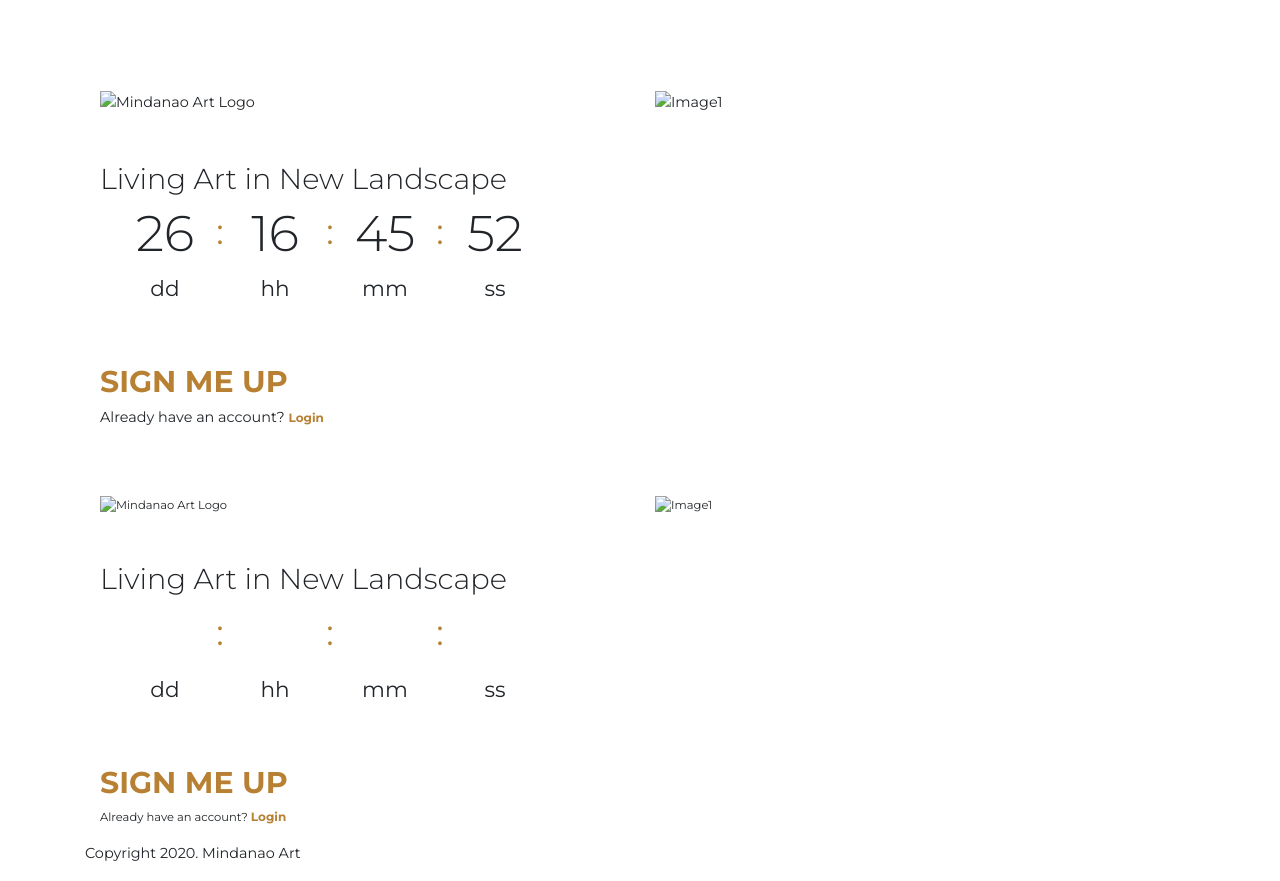
Repository: KleKlai/project-exodus
Page: http://localhost/
These files come from the project's save history. The page is drawn as it stood at one moment and after the next save; the edit follows.
The browser window is 1280 px wide. The pictures show the whole page.
The page is served by the project's Laravel application, run on PHP 8.4 with Laravel 8. Other server files are loaded and not shown.

Above is the page before, as saved 2020-10-02 19:24:30.

### app/Model/Art.php
<?php

namespace App\Model;

use Spatie\Activitylog\Traits\LogsActivity;
use Illuminate\Database\Eloquent\SoftDeletes;
use Illuminate\Database\Eloquent\Model;
use Webpatser\Uuid\Uuid;
use Auth;


class Art extends Model
{
    use SoftDeletes, LogsActivity;

    protected $guarded = [
        'uuid', 'id', 'created_at', 'updated_at'
    ];

    /**
     * For Activity Log settings
     *
     */
    protected static $logName = 'Art';
    protected static $logUnguarded = true;
    protected static $submitEmptyLogs = false;
    protected static $recordEvents = ['created', 'updated', 'deleted'];

    public function getDescriptionForEvent(string $eventName): string
    {
        return Auth::user()->name . " {$eventName} art successfully";
    }


    public static function boot()
    {
        parent::boot();
        self::creating(function ($model) {
            $model->uuid = (string) Uuid::generate(4);
        });
    }

    /**
     * Get the route key for the model.
     *
     * @return string
     */
    public function getRouteKeyName()
    {
        return 'uuid';
    }

    protected $casts = [
        'tag' => 'array'
    ];

    public function user()
    {
        return $this->belongsTo('App\User');
    }

    public function watch()
    {
        return $this->hasMany('App\Model\Art\Watch');
    }
}

### app/Model/Art/Category.php
<?php

namespace App\Model\Art;

use Illuminate\Database\Eloquent\Model;
use Spatie\Activitylog\Traits\LogsActivity;

class Category extends Model
{
    use LogsActivity;

    protected $fillable = ['name', 'description'];

    /**
     * For Activity Log settings
     *
     */
    protected static $logName = 'System';
    protected static $logUnguarded = true;
    protected static $submitEmptyLogs = false;
    protected static $recordEvents = ['created', 'updated', 'deleted'];

    public function getDescriptionForEvent(string $eventName): string
    {
        return "Art category component {$eventName} successfully";
    }
}

### app/Model/Art/Material.php
<?php

namespace App\Model\Art;

use Illuminate\Database\Eloquent\Model;
use Spatie\Activitylog\Traits\LogsActivity;

class Material extends Model
{
    use LogsActivity;

    protected $fillable = ['name', 'description'];

    /**
     * For Activity Log settings
     *
     */
    protected static $logName = 'System';
    protected static $submitEmptyLogs = false;
    protected static $recordEvents = ['created', 'deleted'];

    public function getDescriptionForEvent(string $eventName): string
    {
        return "Art material component {$eventName} successfully";
    }
}

### app/Model/Art/Medium.php
<?php

namespace App\Model\Art;

use Illuminate\Database\Eloquent\Model;
use Spatie\Activitylog\Traits\LogsActivity;

class Medium extends Model
{
    use LogsActivity;

    protected $fillable = ['name', 'description'];

    /**
     * For Activity Log settings
     *
     */
    protected static $logName = 'System';
    protected static $submitEmptyLogs = false;
    protected static $recordEvents = ['created', 'deleted'];

    public function getDescriptionForEvent(string $eventName): string
    {
        return "Art medium component {$eventName} successfully";
    }
}

### app/Observers/Art/MediumObserver.php
<?php

namespace App\Observers\Art;

use App\Model\Art\Medium;
use Auth;

class MediumObserver
{
    /**
     * Handle the medium "created" event.
     *
     * @param  \App\Model\Art\Medium  $medium
     * @return void
     */
    public function created(Medium $medium)
    {
        activity('Art Component')
            ->causedBy(Auth::user()->id)
            ->withProperties(['name' => $medium->name])
            ->log('Art medium component created successfully.');
    }

    /**
     * Handle the medium "updated" event.
     *
     * @param  \App\Model\Art\Medium  $medium
     * @return void
     */
    public function updated(Medium $medium)
    {
        //
    }

    /**
     * Handle the medium "deleted" event.
     *
     * @param  \App\Model\Art\Medium  $medium
     * @return void
     */
    public function deleted(Medium $medium)
    {
        activity('Art Component')
            ->causedBy(Auth::user()->id)
            ->withProperties(['name' => $medium->name])
            ->log('Art medium component deleted successfully.');
    }

    /**
     * Handle the medium "restored" event.
     *
     * @param  \App\Model\Art\Medium  $medium
     * @return void
     */
    public function restored(Medium $medium)
    {
        //
    }

    /**
     * Handle the medium "force deleted" event.
     *
     * @param  \App\Model\Art\Medium  $medium
     * @return void
     */
    public function forceDeleted(Medium $medium)
    {
        //
    }
}

### app/Model/Art/Size.php
<?php

namespace App\Model\Art;

use Illuminate\Database\Eloquent\Model;
use Spatie\Activitylog\Traits\LogsActivity;

class Size extends Model
{
    use LogsActivity;

    protected $fillable = ['name', 'description'];

    /**
     * For Activity Log settings
     *
     */
    protected static $logName = 'System';
    protected static $submitEmptyLogs = false;
    protected static $recordEvents = ['created', 'deleted'];

    public function getDescriptionForEvent(string $eventName): string
    {
        return "Art size component {$eventName} successfully";
    }
}

### app/Observers/Art/SizeObserver.php
<?php

namespace App\Observers\Art;

use App\Model\Art\Size;
use Auth;

class SizeObserver
{
    /**
     * Handle the size "created" event.
     *
     * @param  \App\Model\Art\Size  $size
     * @return void
     */
    public function created(Size $size)
    {
        activity('Art Component')
            ->causedBy(Auth::user()->id)
            ->withProperties(['name' => $size->name])
            ->log('Art size component created successfully.');
    }

    /**
     * Handle the size "updated" event.
     *
     * @param  \App\Model\Art\Size  $size
     * @return void
     */
    public function updated(Size $size)
    {
        //
    }

    /**
     * Handle the size "deleted" event.
     *
     * @param  \App\Model\Art\Size  $size
     * @return void
     */
    public function deleted(Size $size)
    {
        activity('Art Component')
            ->causedBy(Auth::user()->id)
            ->withProperties(['name' => $size->name])
            ->log('Art size component deleted successfully.');
    }

    /**
     * Handle the size "restored" event.
     *
     * @param  \App\Model\Art\Size  $size
     * @return void
     */
    public function restored(Size $size)
    {
        //
    }

    /**
     * Handle the size "force deleted" event.
     *
     * @param  \App\Model\Art\Size  $size
     * @return void
     */
    public function forceDeleted(Size $size)
    {
        //
    }
}

### app/Model/Art/Style.php
<?php

namespace App\Model\Art;

use Illuminate\Database\Eloquent\Model;
use Spatie\Activitylog\Traits\LogsActivity;

class Style extends Model
{
    use LogsActivity;

    protected $fillable = ['name', 'description'];

    /**
     * For Activity Log settings
     *
     */
    protected static $logName = 'System';
    protected static $submitEmptyLogs = false;
    protected static $recordEvents = ['created', 'deleted'];

    public function getDescriptionForEvent(string $eventName): string
    {
        return "Art style component {$eventName} successfully";
    }
}

### app/Observers/Art/StyleObserver.php
<?php

namespace App\Observers\Art;

use App\Model\Art\Style;
use Auth;

class StyleObserver
{
    /**
     * Handle the style "created" event.
     *
     * @param  \App\Model\Art\Style  $style
     * @return void
     */
    public function created(Style $style)
    {
        activity('Art Component')
            ->causedBy(Auth::user()->id)
            ->withProperties(['name' => $style->name])
            ->log('Art style component created successfully.');
    }

    /**
     * Handle the style "updated" event.
     *
     * @param  \App\Model\Art\Style  $style
     * @return void
     */
    public function updated(Style $style)
    {
        //
    }

    /**
     * Handle the style "deleted" event.
     *
     * @param  \App\Model\Art\Style  $style
     * @return void
     */
    public function deleted(Style $style)
    {
        activity('Art Component')
            ->causedBy(Auth::user()->id)
            ->withProperties(['name' => $style->name])
            ->log('Art style component deleted successfully.');
    }

    /**
     * Handle the style "restored" event.
     *
     * @param  \App\Model\Art\Style  $style
     * @return void
     */
    public function restored(Style $style)
    {
        //
    }

    /**
     * Handle the style "force deleted" event.
     *
     * @param  \App\Model\Art\Style  $style
     * @return void
     */
    public function forceDeleted(Style $style)
    {
        //
    }
}

### app/Model/Art/Subject.php
<?php

namespace App\Model\Art;

use Illuminate\Database\Eloquent\Model;
use Spatie\Activitylog\Traits\LogsActivity;

class Subject extends Model
{
    use LogsActivity;

    protected $fillable = ['name', 'description'];

    /**
     * For Activity Log settings
     *
     */
    protected static $logName = 'System';
    protected static $submitEmptyLogs = false;
    protected static $recordEvents = ['created', 'deleted'];

    public function getDescriptionForEvent(string $eventName): string
    {
        return "Art subject component {$eventName} successfully";
    }
}

### app/Observers/Art/SubjectObserver.php
<?php

namespace App\Observers\Art;

use App\Model\Art\Subject;

use Auth;

class SubjectObserver
{
    /**
     * Handle the subject "created" event.
     *
     * @param  \App\Model\Art\Subject  $subject
     * @return void
     */
    public function created(Subject $subject)
    {
        activity('Art Component')
            ->causedBy(Auth::user()->id)
            ->withProperties(['name' => $subject->name])
            ->log('Art subject component created successfully.');
    }

    /**
     * Handle the subject "updated" event.
     *
     * @param  \App\Model\Art\Subject  $subject
     * @return void
     */
    public function updated(Subject $subject)
    {
        //
    }

    /**
     * Handle the subject "deleted" event.
     *
     * @param  \App\Model\Art\Subject  $subject
     * @return void
     */
    public function deleted(Subject $subject)
    {
        activity('Art Component')
            ->causedBy(Auth::user()->id)
            ->withProperties(['name' => $subject->name])
            ->log('Art subject component deleted successfully.');
    }

    /**
     * Handle the subject "restored" event.
     *
     * @param  \App\Model\Art\Subject  $subject
     * @return void
     */
    public function restored(Subject $subject)
    {
        //
    }

    /**
     * Handle the subject "force deleted" event.
     *
     * @param  \App\Model\Art\Subject  $subject
     * @return void
     */
    public function forceDeleted(Subject $subject)
    {
        //
    }
}

### app/Model/Support/Ticket.php
<?php

namespace App\Model\Support;

use Spatie\Activitylog\Traits\LogsActivity;
use Illuminate\Database\Eloquent\Model;
use Webpatser\Uuid\Uuid;
use Auth;

class Ticket extends Model
{
    use LogsActivity;

    protected $guarded = [
        'id', 'uuid', 'created_at', 'updated_at'
    ];

    /**
     * For Activity Log settings
     *
     */
    protected static $logName = 'Support Ticket';
    protected static $logUnguarded = true;
    protected static $submitEmptyLogs = false;
    protected static $recordEvents = ['created', 'updated', 'deleted'];

    public static function boot()
    {
        parent::boot();
        self::creating(function ($model) {
            $model->uuid = (string) Uuid::generate(4);
        });
    }

    /**
     * Get the route key for the model.
     *
     * @return string
     */
    public function getRouteKeyName()
    {
        return 'uuid';
    }

    public function user()
    {
        return $this->belongsTo('App\User');
    }
}

### resources/views/welcome.blade.php
<!DOCTYPE html>
<html lang="{{ str_replace('_', '-', app()->getLocale()) }}">
    <head>
        <meta charset="utf-8">
        <meta name="viewport" content="width=device-width, initial-scale=1">

        <!-- CSRF Token -->
        <meta name="csrf-token" content="{{ csrf_token() }}">

        <title>{{ config('app.name', 'Laravel') }}</title>

        <!-- App favicon -->
        <link rel="shortcut icon" href="{{ asset('/images/nav.ico') }}">

        <!-- Scripts -->
        <script src="{{ asset('js/app.js') }}" defer></script>

        <!-- Fonts -->
        <link rel="dns-prefetch" href="//fonts.gstatic.com">
        <link href="https://fonts.googleapis.com/css?family=Nunito" rel="stylesheet">
        <link href="https://fonts.googleapis.com/css?family=Montserrat:200,300,400,600,700,800,900&display=swap" rel="stylesheet">

        <!-- Styles -->
        <link href="{{ asset('css/app.css') }}" rel="stylesheet">

        <style>
            * {
                font-family: 'Montserrat';
            }

            body {
                background-color: white;
            }

            #pattern {
                margin-top: 17px;
                width: 100%;
                background: url('/images/spattern.png');
                background-repeat: repeat;
                background-size: 34px 27px;
            }

            .picture {
                width: 100%;
            }

            .small {
                margin-top: 50px;
                /* display: none; */
            }

            .wide {
                margin-top: 50px;
            }

            .column{
                color: #b78032;
                font-size: 35px;
            }

            #root {
                display: grid;
                justify-items: center;
                grid-template-columns: 100px 10px 100px 10px 100px 10px 100px;
                grid-template-areas:
                    "day column1 hour column2 minute column3 second"
                    "dayl . hourl . minutel . secondl";
            }

            h1, h2 {
                font-weight: 300 !important;
            }

            .day { grid-area: day; font-size: 50px;}
            .hour { grid-area: hour; font-size: 50px;}
            .minute { grid-area: minute; font-size: 50px;}
            .second { grid-area: second; font-size: 50px;}
            .dayl { grid-area: dayl;}
            .hourl { grid-area: hourl;}
            .minutel { grid-area: minutel;}
            .secondl { grid-area: secondl;}

            .link {
                font-size: 30px;
                text-decoration: none;
                color: #b78032;
                font-weight: bold;
            }

            .link:hover{
                text-decoration: none;
                color: #5e4119;
            }

            @media (max-width: 992px) {
                #root {
                    display: grid;
                    justify-items: center;
                    grid-template-columns: 40px 10px 40px 10px 40px 10px 40px;
                    grid-template-areas:
                        "day column1 hour column2 minute column3 second"
                        "dayl . hourl . minutel . secondl";
                }

                .day { grid-area: day; font-size: 30px; margin: 0;}
                .hour { grid-area: hour; font-size: 30px; margin: 0;}
                .minute { grid-area: minute; font-size: 30px; margin: 0;}
                .second { grid-area: second; font-size: 30px; margin: 0;}
                .dayl { grid-area: dayl; font-size: 12px; margin: 0;}
                .hourl { grid-area: hourl; font-size: 12px; margin: 0;}
                .minutel { grid-area: minutel; font-size: 12px; margin: 0;}
                .secondl { grid-area: secondl; font-size: 12px; margin: 0;}

                .column{
                    color: #b78032;
                    font-size: 20px;
                    margin: 0;
                }

                .link {
                    font-size: 20px;
                }

                .small {
                    margin-top: 50px;
                    display: block;
                }

                .wide {
                    margin-top: 50px;
                    display: none;
                }

                .footer {
                    margin-top: 50px;
                }
            }
        </style>
    </head>
    <body>
        <div>
            <div id="pattern">
                    <img src="/images/spattern.png" alt="">
            </div>

            <!-- big screen -->
            <div class="container wide">
                <div class="row">
                    <div class="col-md">
                        <div class="container">
                            <div class="row row-cols-1">
                                <div class="col">
                                    <img src="/images/logo.png" alt="Mindanao Art Logo">
                                </div>
                                <div class="col py-5">
                                    <h2>Living Art in New Landscape</h2>

                                    <div class="container">
                                        <div id="countdown">
                                            <div id="root">
                                                <h1 class="day" id="days"></h1> <p class="column">:</p>
                                                <h1 class="hour" id="hours"></h1> <p  class="column">:</p>
                                                <h1 class="minute" id="minutes"></h1> <p class="column">:</p>
                                                <h1 class="second" id="seconds"></h1>
                                                <h4 class="dayl">dd</h4>
                                                <h4 class="hourl">hh</h4>
                                                <h4 class="minutel">mm</h4>
                                                <h4 class="secondl">ss</h4>
                                            </div>
                                        </div>
                                    </div>
                                </div>
                                <div class="col">
                                    <a class="link" href="/register">
                                        SIGN ME UP
                                        <font-awesome-icon icon="angle-right" />
                                        <font-awesome-icon icon="angle-right" />
                                        <font-awesome-icon icon="angle-right" />
                                    </a>
                                    <p>Already have an account? <a class="link" style="font-size: 12px;" href="/login">Login</a></p>
                                    <!-- <p>To get up-to-date news</p> -->
                                </div>
                            </div>
                        </div>
                    </div>
                    <div class="col-md">
                        <img class="picture" src="/images/image1.png" alt="Image1">
                    </div>
                </div>
            </div>

            <!-- small screen -->
            <div class="container small">
                <div class="row">
                    <div class="col-md">
                        <div class="container">
                            <div class="row row-cols-1">
                                <div class="col">
                                    <img src="/images/logo.png" alt="Mindanao Art Logo">
                                </div>
                                <div class="col py-5">
                                    <h2>Living Art in New Landscape</h2>

                                    <div class="container">
                                        <div id="countdown">
                                            <div id="root">
                                                <h1 class="day" id="days"></h1> <p class="column">:</p>
                                                <h1 class="hour" id="hours"></h1> <p  class="column">:</p>
                                                <h1 class="minute" id="minutes"></h1> <p class="column">:</p>
                                                <h1 class="second" id="seconds"></h1>
                                                <h4 class="dayl">dd</h4>
                                                <h4 class="hourl">hh</h4>
                                                <h4 class="minutel">mm</h4>
                                                <h4 class="secondl">ss</h4>
                                            </div>
                                        </div>
                                    </div>
                                </div>
                                <div class="col">
                                    <a class="link" href="/register">
                                        SIGN ME UP
                                        <font-awesome-icon icon="angle-right" />
                                        <font-awesome-icon icon="angle-right" />
                                        <font-awesome-icon icon="angle-right" />
                                    </a>
                                    <p>Already have an account? <a class="link" style="font-size: 12px;" href="/login">Login</a></p>
                                    <!-- <p>To get up-to-date news</p> -->
                                </div>
                            </div>
                        </div>
                    </div>
                    <div class="col-md">
                        <img class="picture" src="/images/image1.png" alt="Image1">
                    </div>
                </div>
            </div>

            <div class="container footer">
                <p>Copyright 2020. Mindanao Art</p>
            </div>
        </div>

        <script>
            (function () {
                const second = 1000,
                        minute = second * 60,
                        hour = minute * 60,
                        day = hour * 24,
                        birthday = "Oct 21, 2020 08:00:00";

                let countDown = new Date(birthday).getTime(),
                    x = setInterval(function() {

                        let now = new Date().getTime(),
                            distance = countDown - now;

                        document.getElementById("days").innerText = Math.floor(distance / (day)),
                        document.getElementById("hours").innerText = Math.floor((distance % (day)) / (hour)),
                        document.getElementById("minutes").innerText = Math.floor((distance % (hour)) / (minute)),
                        document.getElementById("seconds").innerText = Math.floor((distance % (minute)) / second);

                        //do something later when date is reached
                        if (distance < 0) {
                        let headline = document.getElementById("headline"),
                            countdown = document.getElementById("countdown"),
                            content = document.getElementById("content");

                        headline.innerText = "It's my birthday!";
                        countdown.style.display = "none";
                        content.style.display = "block";

                        clearInterval(x);
                        }
                        //seconds
                    }, 0)
                }());
        </script>
    </body>
</html>

Loaded but not shown: app/Http/Controllers/Auth/LoginController.php (common file); app/Http/Controllers/Controller.php (common file); app/Http/Controllers/Auth/ConfirmPasswordController.php (common file); public/css/app.css (library); routes/web.php (101 lines, source omitted); app/Observers/ArtObserver.php (91 lines, source omitted); app/Observers/TicketObserver.php (77 lines, source omitted); app/Observers/Art/CategoryObserver.php (70 lines, source omitted); app/Observers/Art/MaterialObserver.php (70 lines, source omitted)

After the next save:
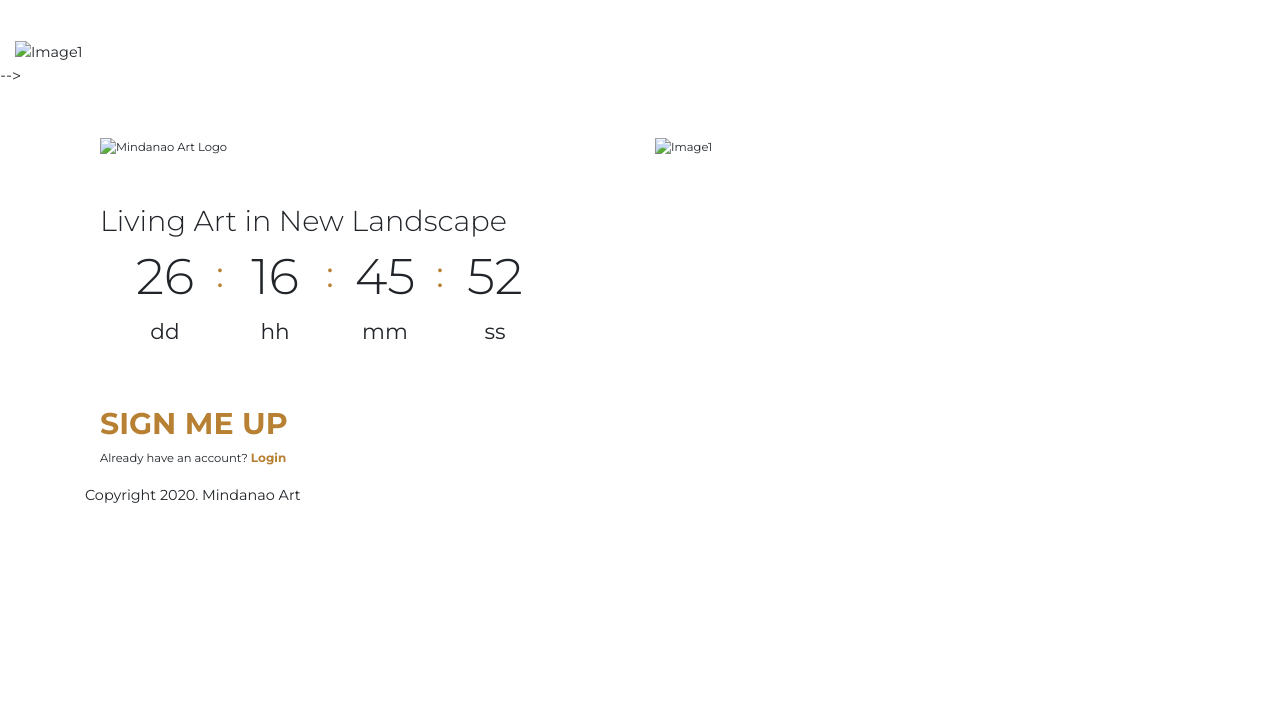
Saved 35 s later.
--- a/resources/views/welcome.blade.php
+++ b/resources/views/welcome.blade.php
@@ -144,7 +144,7 @@
             </div>
 
             <!-- big screen -->
-            <div class="container wide">
+            <!-- <div class="container wide">
                 <div class="row">
                     <div class="col-md">
                         <div class="container">
@@ -187,7 +187,7 @@
                         <img class="picture" src="/images/image1.png" alt="Image1">
                     </div>
                 </div>
-            </div>
+            </div> -->
 
             <!-- small screen -->
             <div class="container small">
